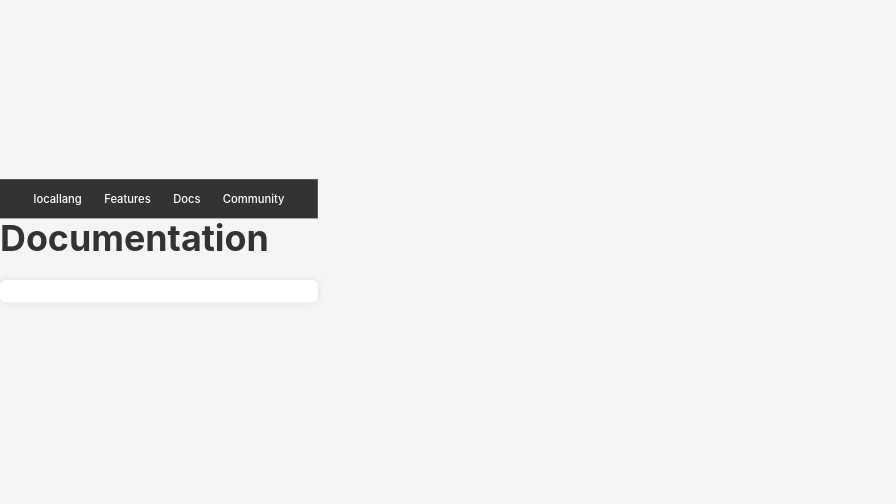
Repository: LayerDynamics/LocalLang-site
Page: /docs
These files come from the project's save history. The page is drawn as it stood at one moment and after the next save; the edit follows.
The browser window is 1280 px wide. The pictures show the part of the page from y = 0 to 1920 px (the page is 720 px tall before and 3994 px after), at 70% of full size.
The page's requests for data from a server got no answer. The project was rebuilt for these pictures with package versions that can differ from the ones it lists, and the page was loaded fresh each time. No one was signed in, and anything a server would have sent is missing. Also part of the build but not shown: vite.config.ts, src/components/Landing.tsx, src/pages/Home.tsx.

Above is the page before, as saved 2024-08-31 09:21:35.

### src/App.tsx
// src/App.tsx
import React from 'react';
import { BrowserRouter as Router, Route, Routes } from 'react-router-dom';
import Home from './pages/Home';
import Features from './pages/Features';
import Docs from './pages/Docs';
import Community from './pages/Community';
import Header from './components/Header';
import GlobalStyles from './styles/GlobalStyles';

const App: React.FC = () => {
  return (
    <>
      <GlobalStyles />
      <Router>
        <Header />
        <Routes>
          <Route path="/" element={<Home />} />
          <Route path="/features" element={<Features />} />
          <Route path="/docs" element={<Docs />} />
          <Route path="/community" element={<Community />} />
        </Routes>
      </Router>
    </>
  );
};

export default App;

### src/pages/Docs.tsx
// src/pages/Docs.tsx
import React from 'react';
import DocsContainer from '../components/DocsContainer';

const Docs: React.FC = () => {
  return (
    <div>
      <h1>Documentation</h1>
      <DocsContainer />
    </div>
  );
};

export default Docs;

### src/components/Header.tsx
// src/components/Header.tsx
import React from 'react';
import { Link } from 'react-router-dom';
import styled from 'styled-components';

const Nav = styled.nav`
  display: flex;
  justify-content: space-between;
  padding: 1rem 2rem;
  background-color: #333;
  color: white;

  a {
    color: white;
    margin: 0 1rem;
  }
`;

const Header: React.FC = () => {
  return (
    <Nav>
      <div>
        <Link to="/">locallang</Link>
      </div>
      <div>
        <Link to="/features">Features</Link>
        <Link to="/docs">Docs</Link>
        <Link to="/community">Community</Link>
      </div>
    </Nav>
  );
};

export default Header;

### src/styles/GlobalStyles.ts
// src/styles/GlobalStyles.ts
import { createGlobalStyle } from 'styled-components';

const GlobalStyles = createGlobalStyle`
  * {
    box-sizing: border-box;
    margin: 0;
    padding: 0;
    font-family: 'Inter', sans-serif;
  }

  body {
    background-color: #f5f5f5;
    color: #333;
  }

  a {
    text-decoration: none;
    color: inherit;
  }
`;

export default GlobalStyles;

### src/components/DocsContainer.tsx
// src/components/DocsContainer.tsx
import React, { useEffect, useState } from 'react';
import ReactMarkdown from 'react-markdown';
import styled from 'styled-components';

const Container = styled.div`
  max-width: 800px;
  margin: 2rem auto;
  padding: 1rem;
  background: #fff;
  box-shadow: 0 0 10px rgba(0, 0, 0, 0.1);
  border-radius: 8px;
`;

const DocsContainer: React.FC = () => {
  const [markdown, setMarkdown] = useState<string>('');

  useEffect(() => {
    // Replace this URL with the actual URL of the raw markdown file in your repo
    const fetchMarkdown = async () => {
      const response = await fetch(
        'https://raw.githubusercontent.com/layerdynamics/locallang/main/README.md'
      );
      const text = await response.text();
      setMarkdown(text);
    };

    fetchMarkdown();
  }, []);

  return (
    <Container>
      <ReactMarkdown>{markdown}</ReactMarkdown>
    </Container>
  );
};

export default DocsContainer;

### public/README.md
# LocalLang

LocalLang is an innovative, privacy-focused desktop application designed to facilitate local interactions with advanced AI models. Built with Tauri, React, and Rust, LocalLang offers a secure, efficient, and customizable environment for users who require confidential handling of sensitive information while leveraging the power of AI.

## Table of Contents

1. [Project Goals](#project-goals)
2. [Key Features](#key-features)
3. [Roadmap](#roadmap)
4. [Getting Started](#getting-started)
   - [Prerequisites](#prerequisites)
   - [Installation](#installation)
5. [Usage](#usage)
6. [Architecture](#architecture)
7. [Configuration](#configuration)
8. [Plugin System](#plugin-system)
9. [Widget System](#widget-system)
10. [Contributing](#contributing)
11. [License](#license)
12. [Documentation](#documentation)

## Project Goals

LocalLang aims to:

1. Provide a platform for private, efficient, and local interactions with advanced AI models.
2. Offer an intuitive node-based editor for creating complex AI workflows and pre-prompts.
3. Ensure complete data privacy by running AI models locally on the user's machine.
4. Deliver a customizable and extensible environment through a robust plugin and widget system.
5. Cater to developers, privacy-conscious individuals, and businesses handling sensitive information.
6. Foster a community of developers and users to continually improve the application.

## Key Features

- **Local AI Model Execution**: Run AI models locally for enhanced privacy and reduced latency.
- **Node-Based Workflow Editor**: Visually create and manage AI conversation workflows.
- **Conversation Management**: Store and manage conversation history with various AI models.
- **File Management System**: Robust file handling through modals and widgets.
- **System Resource Monitoring**: Real-time visualization of CPU, memory, and disk usage.
- **Settings Management**: Easily configure application settings through a modal interface.
- **Auto-Update Mechanism**: Seamless application updates using Tauri's built-in features.
- **Plugin System**: Extend the application's functionality through a robust plugin API (in development).
- **Widget System**: Customize your workspace with dynamic, user-configurable widgets (in development).
- **Transformer Configuration**: Fine-tune and manage transformer models through an intuitive interface (in development).

## Roadmap

LocalLang is being developed in phases:

1. **Core Functionality** (Completed)
   - Basic application structure
   - Local AI model integration
   - Node-based editor implementation
   - Conversation and file management systems

2. **Enhanced Features** (In Progress)
   - Plugin system development
   - Widget system implementation
   - Advanced transformer configuration options

3. **Optimization and Expansion** (Upcoming)
   - Performance optimizations
   - Expanded model support
   - Advanced customization options

4. **Community and Ecosystem** (Planned)
   - Plugin Development Kit (PDK)
   - User documentation and tutorials
   - Community forums and support systems

## Getting Started

### Prerequisites

- Node.js (v14 or later)
- Rust (latest stable version)
- Tauri CLI

### Installation

1. Clone the repository:
   ```bash
   git clone https://github.com/yourusername/locallang.git
   cd locallang
   ```

2. Install dependencies:
   ```bash
   npm install
   ```

3. Build the application:
   ```bash
   npm run tauri build
   ```

## Usage

1. **Launching the Application**:
   ```bash
   npm run tauri dev
   ```

2. **Using the Node-Based Workflow Editor**:
   - Drag and drop nodes to create conversation structures.
   - Connect nodes to establish the flow of information.
   - Configure individual nodes for specific AI tasks or context setting.

3. **Managing Conversations**:
   - View and continue previous conversations from the conversation list.
   - Export or delete conversations as needed.

4. **File Management**:
   - Open the File Manager from the sidebar.
   - Upload files by dragging and dropping or using the "Upload" button.
   - Select files to include them in your conversations or workflows.

5. **Monitoring System Resources**:
   - Open the System Monitor widget from the dashboard.
   - View real-time updates on CPU, memory, and disk usage.

6. **Customizing the Application**:
   - Adjust settings through the modal interface.
   - (Coming soon) Install and manage plugins for extended functionality.
   - (Coming soon) Add and customize widgets for a personalized experience.

## Architecture

LocalLang is built on a modular architecture using Tauri as the core framework. This allows for a lightweight, efficient desktop application that leverages web technologies for the frontend and Rust for backend operations.

Key components include:
- **Frontend**: React, TypeScript, styled-components
- **Backend**: Rust, SQLite
- **Desktop Framework**: Tauri
- **AI Integration**: Local model execution (specifics may vary based on chosen models)

## Configuration

1. Open the Settings modal from the main menu.
2. Configure your preferences for:
   - AI models and parameters
   - User interface theme
   - File storage locations
   - Plugin settings (once available)
   - Widget layouts (once available)

## Plugin System

The plugin system is currently under development. Once released, it will allow you to:
- Install third-party plugins to extend functionality.
- Develop your own plugins using our comprehensive API.
- Manage and configure installed plugins through the settings interface.

## Widget System

The widget system is in progress. Upon completion, you'll be able to:
- Add, remove, and rearrange widgets on your dashboard.
- Customize widget appearance and behavior.
- Create your own widgets using our widget development framework.

## Contributing

We welcome contributions to LocalLang! Please read our [CONTRIBUTING.md](docs/CONTRIBUTING.md) for details on our code of conduct and the process for submitting pull requests.

## License

This project is licensed under the MIT License - see the [LICENSE.md](docs/LICENSE.md) file for details.

## Documentation

For more detailed information, please refer to the following documents in the `docs` folder:

- [CONTRIBUTING.md](docs/CONTRIBUTING.md): Guidelines for contributing to the project.
- [INSTALLATION.md](docs/INSTALLATION.md): Detailed installation instructions and troubleshooting.
- [USER_GUIDE.md](docs/USER_GUIDE.md): Comprehensive guide on using LocalLang.
- [PLUGIN_DEVELOPMENT.md](docs/PLUGIN_DEVELOPMENT.md): Guide for developing plugins.
- [WIDGET_DEVELOPMENT.md](docs/WIDGET_DEVELOPMENT.md): Instructions for creating custom widgets.
- [SECURITY.md](docs/SECURITY.md): Information about security measures and best practices.
- [ROADMAP.md](docs/ROADMAP.md): Future plans and goals for LocalLang.
- [CHANGELOG.md](docs/CHANGELOG.md): Record of changes in each version.
- [FAQ.md](docs/FAQ.md): Answers to frequently asked questions.
- [AI_MODELS.md](docs/AI_MODELS.md): Information about supported AI models.
- [NODE_EDITOR_GUIDE.md](docs/NODE_EDITOR_GUIDE.md): Guide on using the node-based workflow editor.
- [PERFORMANCE_TUNING.md](docs/PERFORMANCE_TUNING.md): Tips for optimizing performance.

Loaded but not shown: index.html (common file); src/main.tsx (common file); src/index.css (common file); src/pages/Features.tsx (no stored copy; drawn as an empty file); src/pages/Community.tsx (no stored copy; drawn as an empty file)

After the next save:
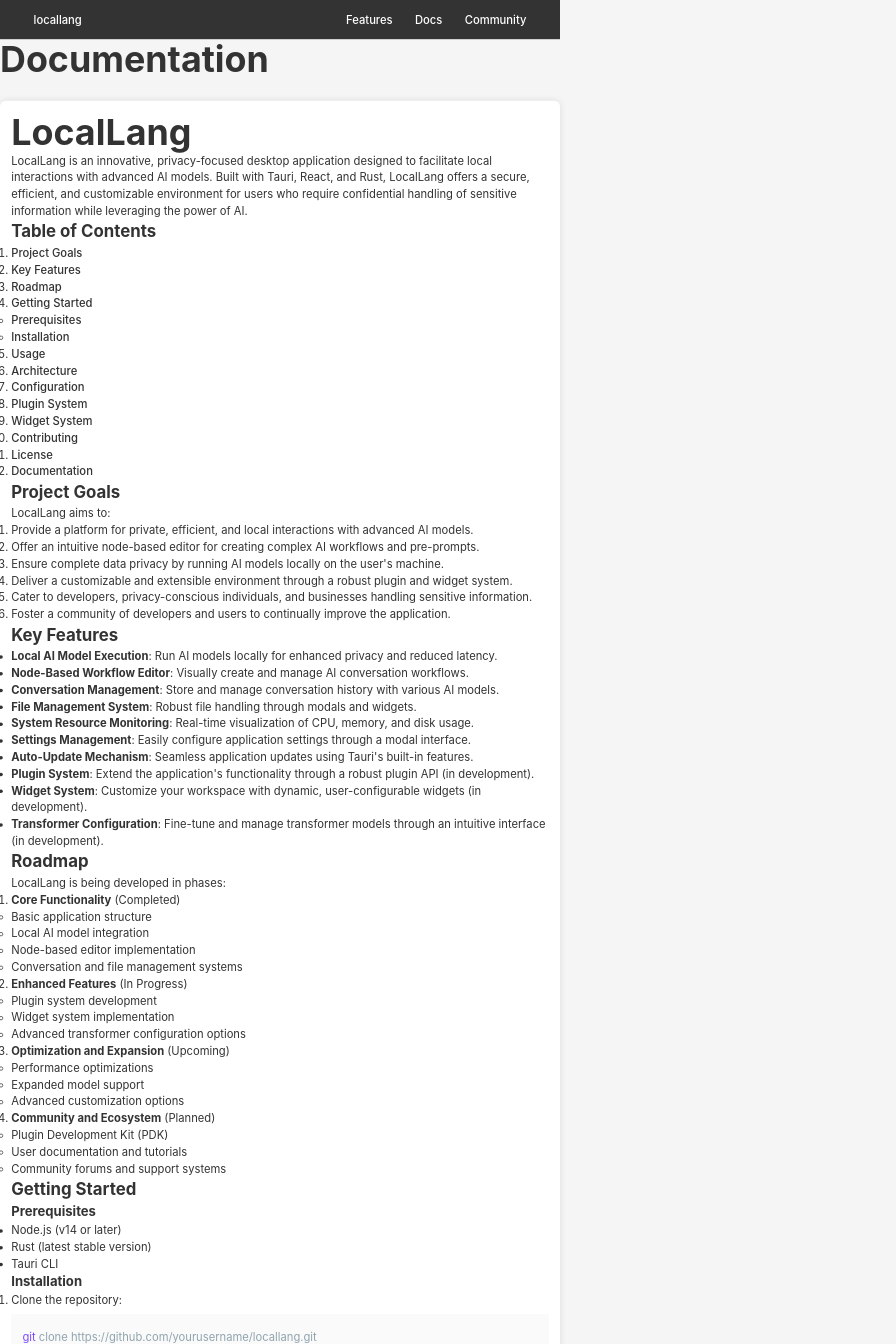
Saved 5 min 43 s later.
--- a/src/components/DocsContainer.tsx
+++ b/src/components/DocsContainer.tsx
@@ -2,6 +2,8 @@
 import React, { useEffect, useState } from 'react';
 import ReactMarkdown from 'react-markdown';
 import styled from 'styled-components';
+import { Prism as SyntaxHighlighter } from 'react-syntax-highlighter';
+import { materialLight } from 'react-syntax-highlighter/dist/esm/styles/prism';
 
 const Container = styled.div`
   max-width: 800px;
@@ -16,13 +18,33 @@
   const [markdown, setMarkdown] = useState<string>('');
 
   useEffect(() => {
-    // Replace this URL with the actual URL of the raw markdown file in your repo
     const fetchMarkdown = async () => {
-      const response = await fetch(
-        'https://raw.githubusercontent.com/layerdynamics/locallang/main/README.md'
-      );
-      const text = await response.text();
-      setMarkdown(text);
+      try {
+        // Attempt to fetch the markdown file from the remote GitHub repository
+        const response = await fetch(
+          'https://raw.githubusercontent.com/<your-github-username>/locallang/main/README.md'
+        );
+        if (!response.ok) throw new Error('Network response was not ok');
+        const text = await response.text();
+        setMarkdown(text);
+      } catch (error) {
+        console.error('Fetching remote README.md failed, switching to local.', error);
+        // Switch to loading the local markdown file if the remote fetch fails
+        switchToLocalMarkdown();
+      }
+    };
+
+    const switchToLocalMarkdown = async () => {
+      try {
+        // Fetch the local markdown file from the public folder
+        const response = await fetch('/README.md');
+        if (!response.ok) throw new Error('Failed to load local README.md');
+        const text = await response.text();
+        setMarkdown(text);
+      } catch (error) {
+        console.error('Failed to load local README.md', error);
+        setMarkdown('Error: Documentation is currently unavailable.');
+      }
     };
 
     fetchMarkdown();
@@ -30,7 +52,24 @@
 
   return (
     <Container>
-      <ReactMarkdown>{markdown}</ReactMarkdown>
+      <ReactMarkdown
+        components={{
+          code({ node, inline, className, children, ...props }) {
+            const match = /language-(\w+)/.exec(className || '');
+            return !inline && match ? (
+              <SyntaxHighlighter style={materialLight} language={match[1]} PreTag="div" {...props}>
+                {String(children).replace(/\n$/, '')}
+              </SyntaxHighlighter>
+            ) : (
+              <code className={className} {...props}>
+                {children}
+              </code>
+            );
+          },
+        }}
+      >
+        {markdown}
+      </ReactMarkdown>
     </Container>
   );
 };
